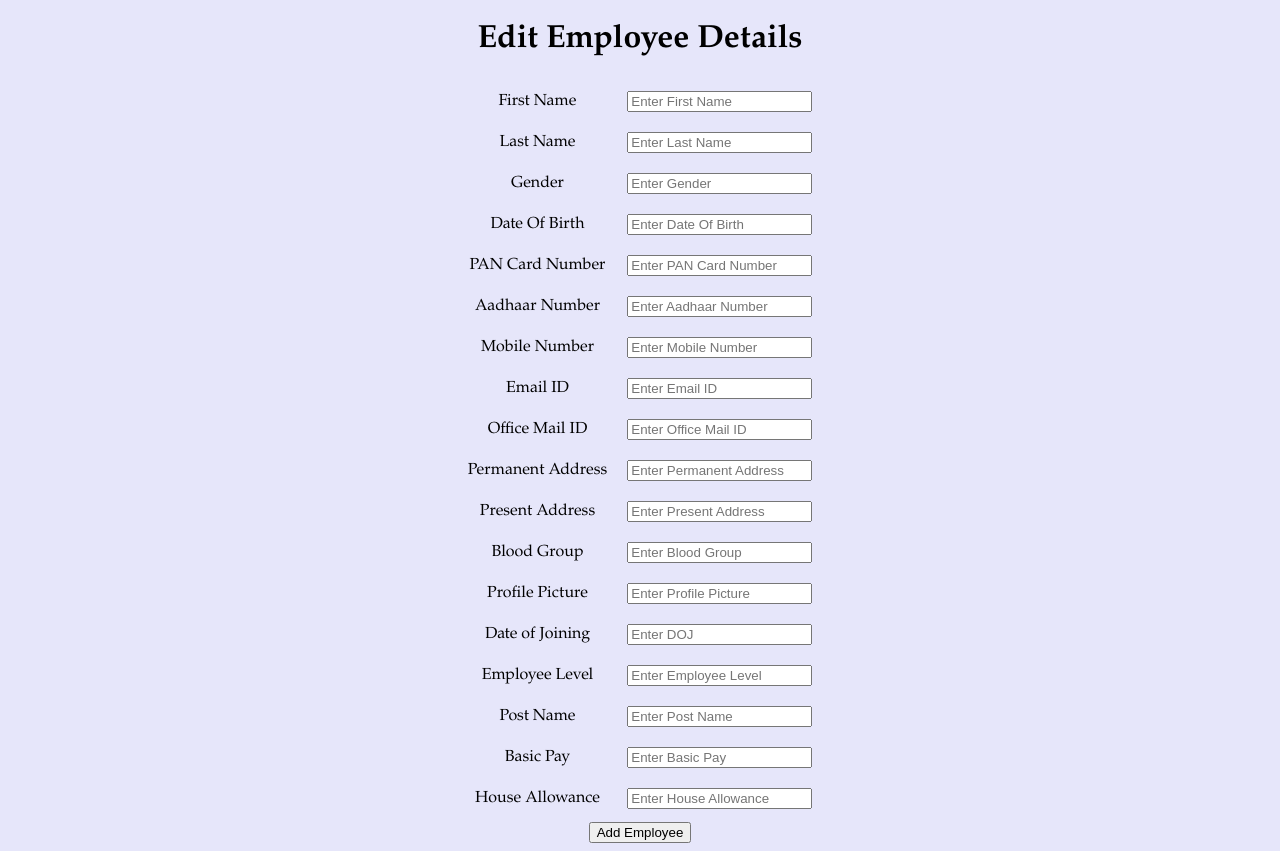
Repository: P9-Analyst-Java/employee-management-abhishekdatta12
Page: http://localhost/spring-expense-tracker/WEB-INF/views/employee.jsp
An editor plug-in stored every save of this project. The page is shown before and after the next save, followed by the edit.
The browser window is 1280 px wide. The pictures show the whole page.
The page is served by Tomcat 10. Nobody is signed in. The template is opened directly, without the code that normally fills it, so the values that code supplies are empty.

Above is the page before, as saved 2023-02-22 09:00:00.

After the next save:
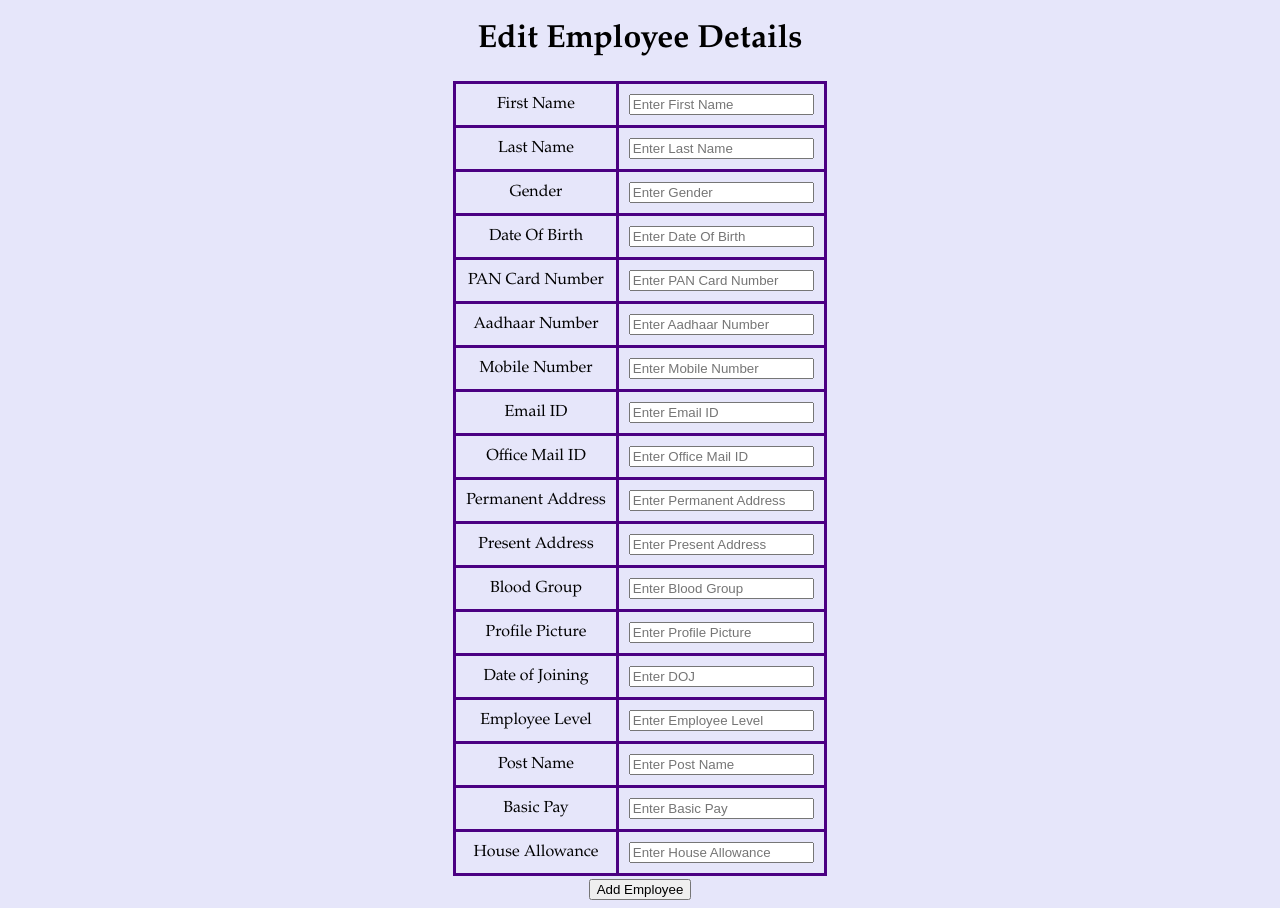
Saved 15 s later.
--- a/spring-portal/spring-expense-tracker/src/main/webapp/WEB-INF/views/employee.jsp
+++ b/spring-portal/spring-expense-tracker/src/main/webapp/WEB-INF/views/employee.jsp
@@ -23,6 +23,7 @@ div{
 }
 table, th, td{
 	text-align: center;
+	border: 3px solid indigo;
 	border-collapse: collapse;
 	padding: 3px;
 	margin: 3px;
